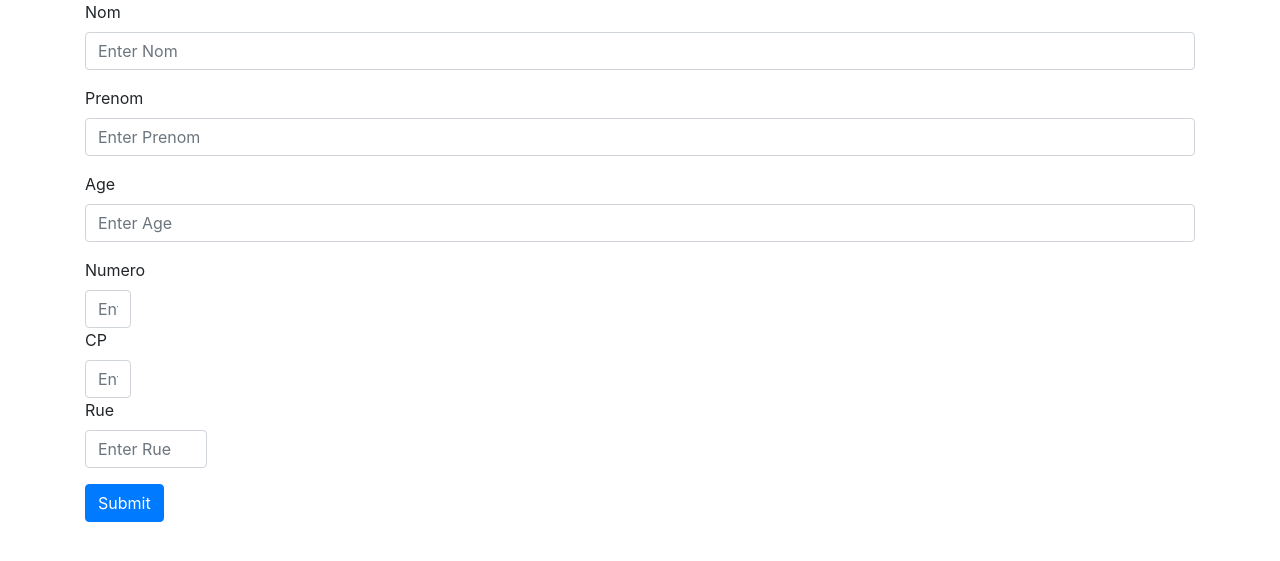
Repository: MacCampers/java-stuff
Page: http://localhost/ProjetResto/
The author's editor kept a copy of each file at every save. The page is drawn from the files as they stood at one save, then again after a run of saves.
The browser window is 1280 px wide. The pictures show the whole page.
The page is served by Tomcat 9. Nobody is signed in. The application's start-up code is not run. Other server files are loaded and not shown.

Above is the page before, as saved 2020-02-14 14:04:18.

### workspaceJSP/ProjetResto/src/main/webapp/index.jsp
<%@ page language="java" contentType="text/html; charset=ISO-8859-1"
	pageEncoding="ISO-8859-1"%>
<!DOCTYPE html PUBLIC "-//W3C//DTD HTML 4.01 Transitional//EN" "http://www.w3.org/TR/html4/loose.dtd">

<html lang="en">
<head>
<title>JSON Form</title>
<meta charset="utf-8">
<meta name="viewport"
	content="width=device-width, initial-scale=1, shrink-to-fit=no">
<link rel="stylesheet"
	href="https://maxcdn.bootstrapcdn.com/bootstrap/4.0.0/css/bootstrap.min.css"
	integrity="sha384-Gn5384xqQ1aoWXA+058RXPxPg6fy4IWvTNh0E263XmFcJlSAwiGgFAW/dAiS6JXm"
	crossorigin="anonymous">
</head>
<body class="goto-here">
	<div class="container">
		<div class="row">
			<div class="col-12">
				<form>
					<div class="form-group">
						<label for="exampleInputname">Nom</label> <input type="text"
							class="form-control" id="exampleInputname"
							placeholder="Enter Nom">
					</div>
					<div class="form-group">
						<label for="exampleInputPrenom">Prenom</label> <input type="text"
							class="form-control" id="exampleInputPrenom"
							placeholder="Enter Prenom">
					</div>
					<div class="form-group">
						<label for="exampleInputAge">Age</label> <input type="text"
							class="form-control" id="exampleInputAge" placeholder="Enter Age">
					</div>

					<div class="row">
						<div class="form-group">
							<div class="col-3">
								<label for="exampleInputNumero">Numero</label> <input
									type="text" class="form-control" id="exampleInputNumero"
									placeholder="Enter Numero">
							</div>
							<div class="col-3">
								<label for="exampleInputCP">CP</label> <input type="text"
									class="form-control" id="exampleInputCP" placeholder="Enter CP">
							</div>
							<div class="col-6">
								<label for="exampleInputRue">Rue</label> <input type="text"
									class="form-control" id="exampleInputRue"
									placeholder="Enter Rue">
							</div>

						</div>
					</div>
					<button type="submit" class="btn btn-primary">Submit</button>
				</form>
			</div>
		</div>
	</div>
</body>
</html>

After the next 2 saves:
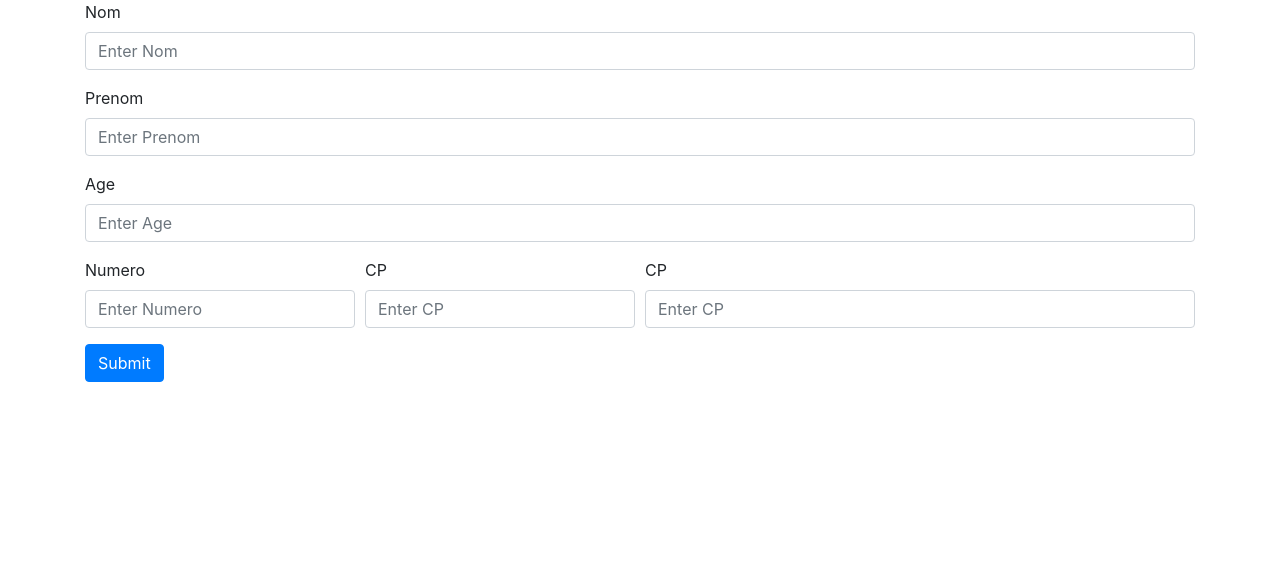
The 2 saves are shown as one change because they came seconds apart.
The last was saved 115 s later.
--- a/workspaceJSP/ProjetResto/src/main/webapp/index.jsp
+++ b/workspaceJSP/ProjetResto/src/main/webapp/index.jsp
@@ -33,25 +33,23 @@
 							class="form-control" id="exampleInputAge" placeholder="Enter Age">
 					</div>
 
-					<div class="row">
-						<div class="form-group">
-							<div class="col-3">
-								<label for="exampleInputNumero">Numero</label> <input
-									type="text" class="form-control" id="exampleInputNumero"
-									placeholder="Enter Numero">
-							</div>
-							<div class="col-3">
-								<label for="exampleInputCP">CP</label> <input type="text"
-									class="form-control" id="exampleInputCP" placeholder="Enter CP">
-							</div>
-							<div class="col-6">
-								<label for="exampleInputRue">Rue</label> <input type="text"
-									class="form-control" id="exampleInputRue"
-									placeholder="Enter Rue">
-							</div>
-
+					<div class="form-row">
+						<div class="form-group col-md-3">
+							<label for="exampleInputNumero">Numero</label> <input type="text"
+								class="form-control" id="exampleInputNumero"
+								placeholder="Enter Numero">
+						</div>
+						<div class="form-group col-md-3">
+							<label for="exampleInputCP">CP</label> <input type="text"
+								class="form-control" id="exampleInputCP" placeholder="Enter CP">
+						</div>
+						<div class="form-group col-md-6">
+							<label for="exampleInputCP">CP</label> <input type="text"
+								class="form-control" id="exampleInputCP" placeholder="Enter CP">
 						</div>
 					</div>
+
+
 					<button type="submit" class="btn btn-primary">Submit</button>
 				</form>
 			</div>
